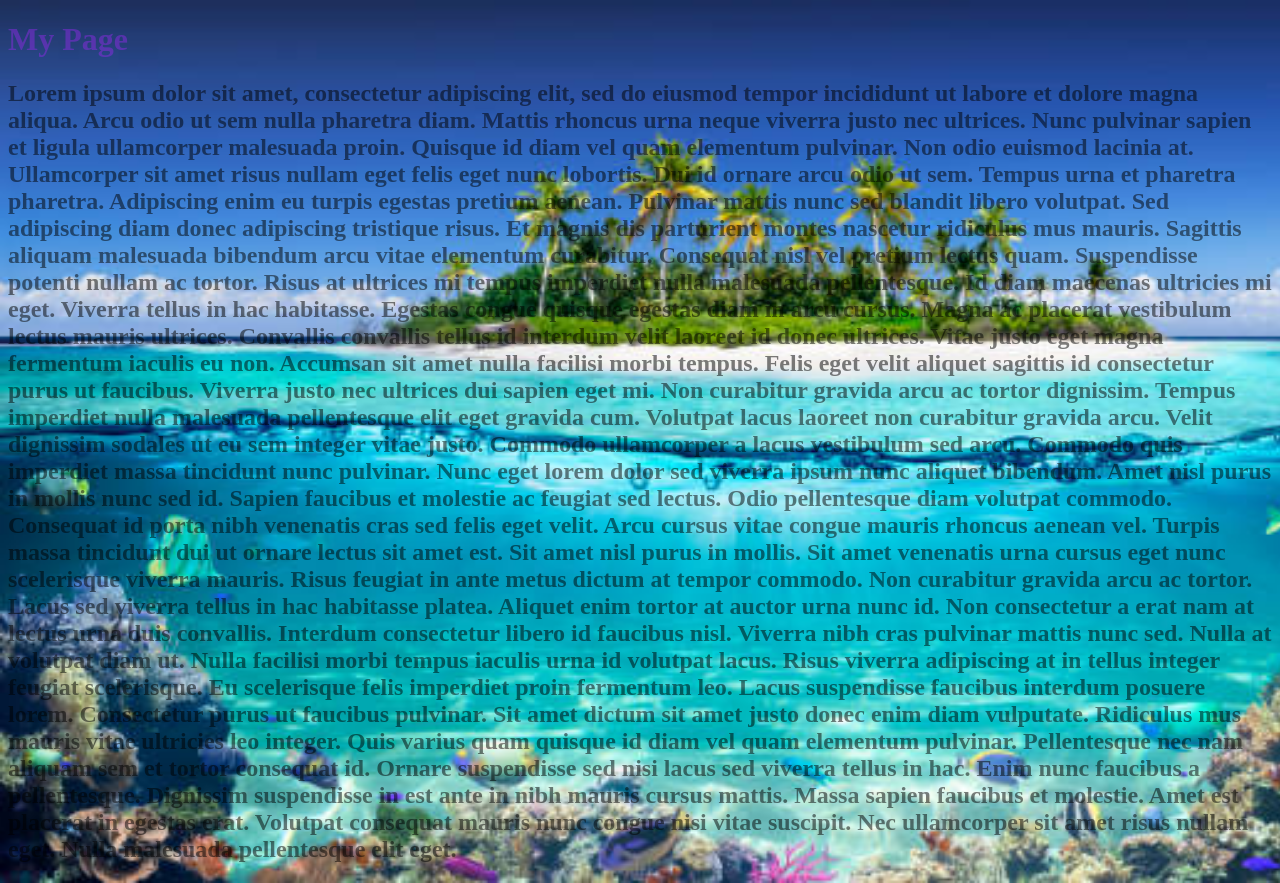
Repository: MelindaN14/My-Personal-Website
Page: portfolio.html
These files come from the project's save history. The page is drawn as it stood at one moment and after the next save; the edit follows.
The browser window is 1280 px wide. The pictures show the whole page.

Above is the page before, as saved 2024-03-18 21:13:53.

After the next save:
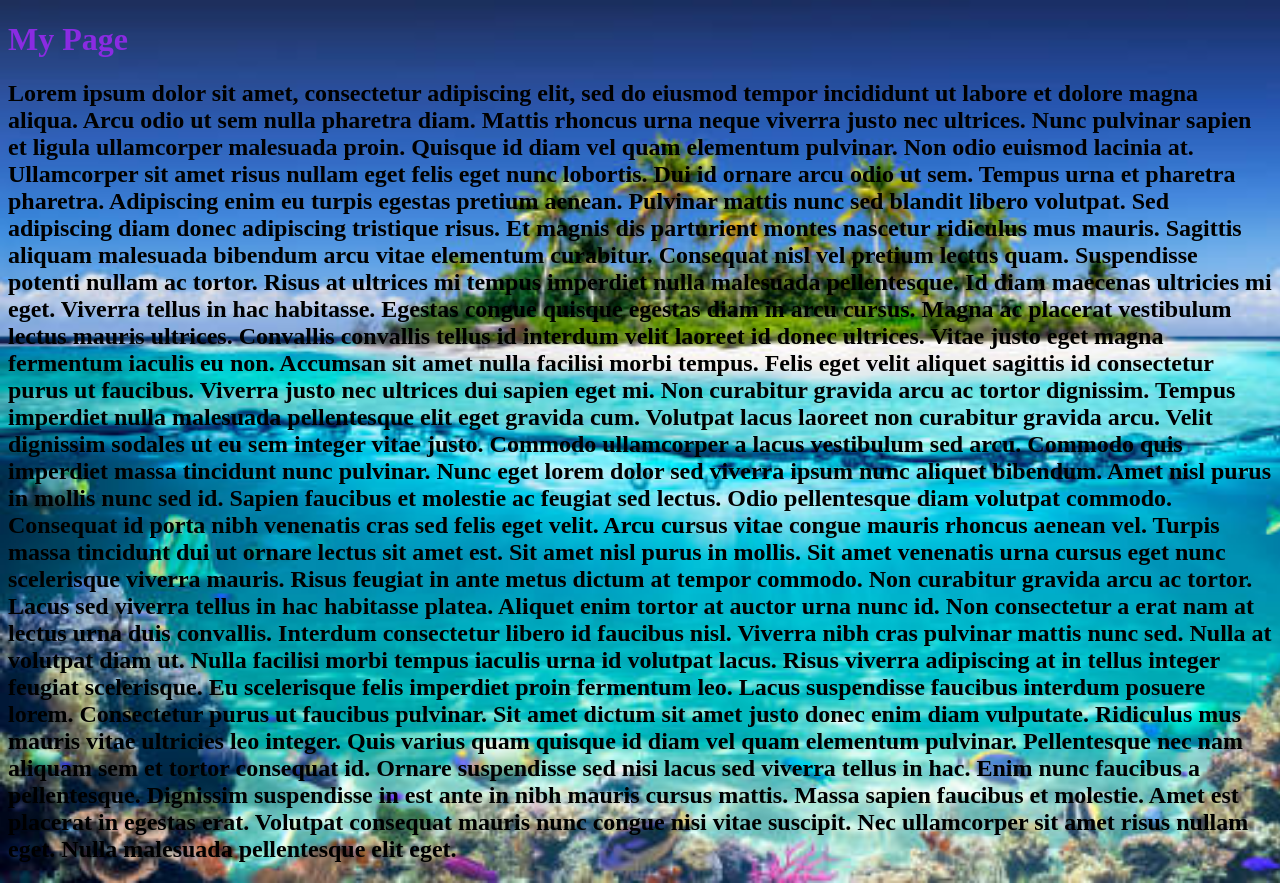
Saved 41 s later.
--- a/style.css
+++ b/style.css
@@ -8,7 +8,6 @@ p {
 body {
   background-image: url("Island.jpg");
   background-size: cover;
-  opacity: 0.5;
 }
  img{
     opacity: 0.5;
